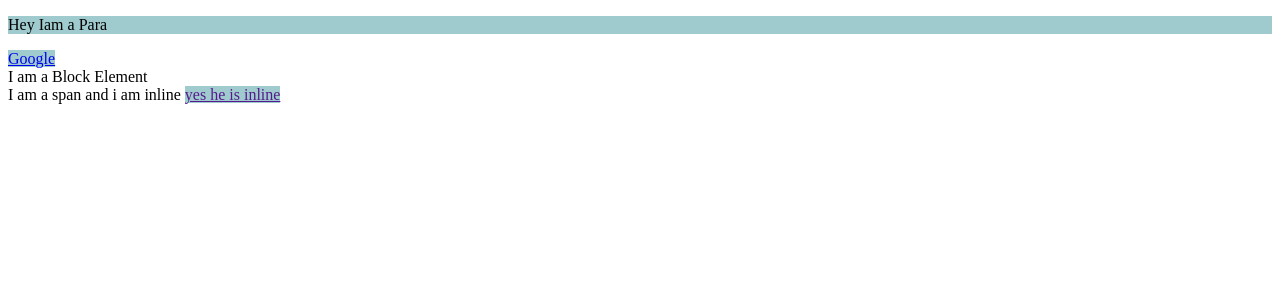
Repository: Mohan2347/Project-2
Page: 6.html
These files come from the project's save history. The page is drawn as it stood at one moment and after a run of saves; the edit follows.
The browser window is 1280 px wide. The pictures show the whole page.

Above is the page before, as saved 2024-11-13 21:43:42.

After the next 2 saves:
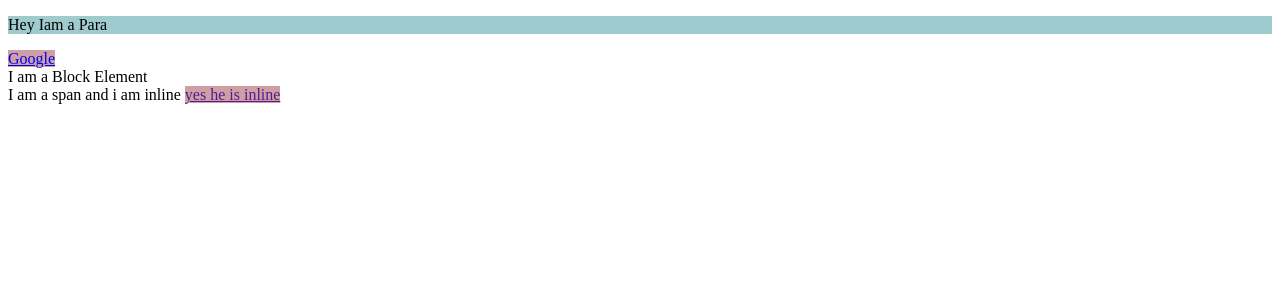
The 2 saves are shown as one change because they came seconds apart.
The last was saved 5 s later.
--- a/3.css
+++ b/3.css
@@ -3,5 +3,5 @@ p{
 }
 
 a{
-    background-color: rgb(160, 203, 206);
+    background-color: rgb(206, 160, 166);
 }
